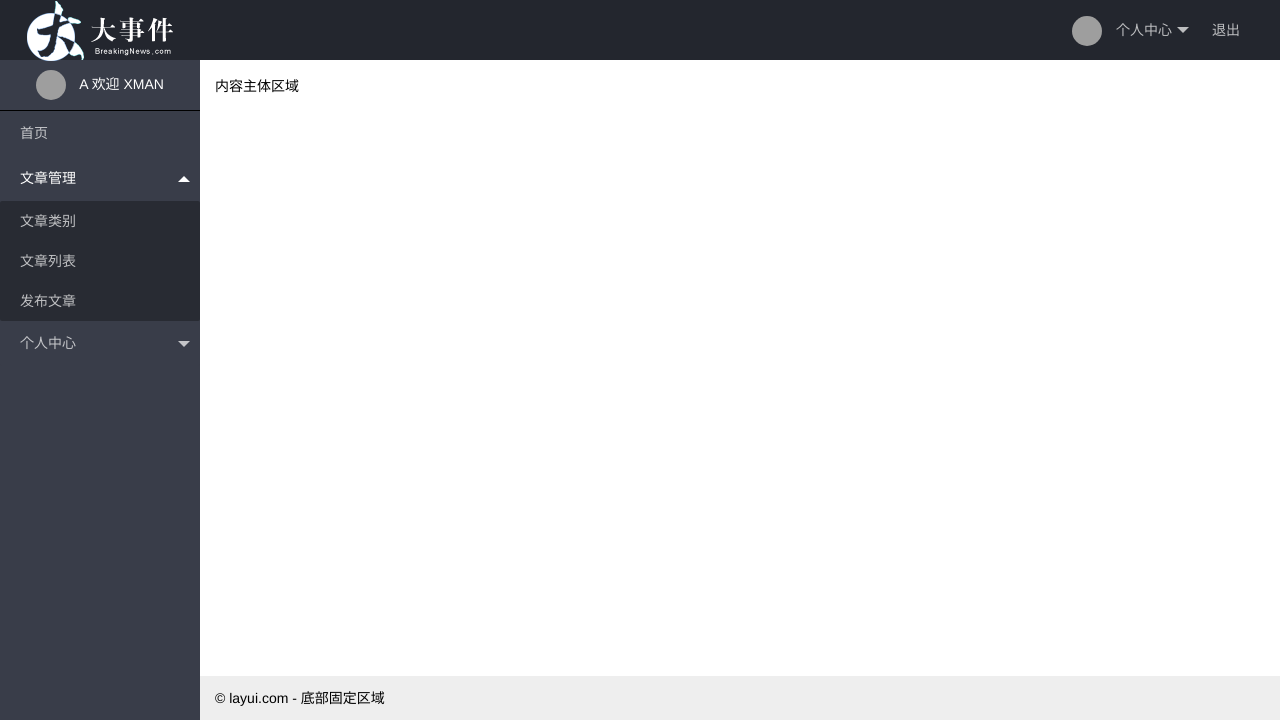
Repository: xxsleep/-
Page: home/index.html
The author's editor kept a copy of each file at every save. The page is drawn from the files as they stood at one save, then again after the next save.
The browser window is 1280 px wide. The pictures show the whole page.
Pictures or frames that could not be fetched are drawn as grey boxes.

Above is the page before, as saved 2020-11-24 20:28:09.

### home/index.html
<!DOCTYPE html>
<html>

<head>
    <meta charset="utf-8">
    <meta name="viewport" content="width=device-width, initial-scale=1, maximum-scale=1">
    <title>75期大事件后台主页</title>
    <link rel="stylesheet" href="/assets/lib/layui/css/layui.css">
    <link rel="stylesheet" href="/assets/css/index.css">
</head>

<body class="layui-layout-body">
    <div class="layui-layout layui-layout-admin">
        <div class="layui-header">
            <div class="layui-logo">
                <img src="/assets/images/logo.png" alt="">
            </div>

            <ul class="layui-nav layui-layout-right">
                <li class="layui-nav-item">
                    <a href="javascript:;">
                        <img src="http://t.cn/RCzsdCq" class="layui-nav-img">
                        个人中心
                    </a>
                    <dl class="layui-nav-child">
                        <dd><a href="">基本资料</a></dd>
                        <dd><a href="">更换头像</a></dd>
                        <dd><a href="">重置密码</a></dd>
                    </dl>
                </li>
                <li class="layui-nav-item"><a href="">退出</a></li>
            </ul>
        </div>

        <div class="layui-side layui-bg-black">
            <div class="layui-side-scroll">
                <div class="userInfo">
                    <img src="http://t.cn/RCzsdCq" class="layui-nav-img">
                    <!-- text-avatar 文字头像 -->
                    <span class="text-avatar">A</span>
                    <span id="welcome">欢迎 XMAN</span>
                </div>
                <!-- 左侧导航区域（可配合layui已有的垂直导航） -->
                <ul class="layui-nav layui-nav-tree" lay-filter="test">
                    <li class="layui-nav-item"><a href="">首页</a></li>

                    <li class="layui-nav-item layui-nav-itemed">
                        <a class="" href="javascript:;">文章管理</a>
                        <dl class="layui-nav-child">
                            <dd><a href="javascript:;">文章类别</a></dd>
                            <dd><a href="javascript:;">文章列表</a></dd>
                            <dd><a href="javascript:;">发布文章</a></dd>
                        </dl>
                    </li>
                    <li class="layui-nav-item">
                        <a href="javascript:;">个人中心</a>
                        <dl class="layui-nav-child">
                            <dd><a href="javascript:;">基本资料</a></dd>
                            <dd><a href="javascript:;">更换头像</a></dd>
                            <dd><a href="">重置密码</a></dd>
                        </dl>
                    </li>

                </ul>
            </div>
        </div>

        <div class="layui-body">
            <!-- 内容主体区域 -->
            <div style="padding: 15px;">内容主体区域</div>
        </div>

        <div class="layui-footer">
            <!-- 底部固定区域 -->
            © layui.com - 底部固定区域
        </div>
    </div>
    <script src="/assets/lib/layui/layui.all.js"></script>
</body>

</html>

### assets/css/index.css
* {
    margin: 0;
    padding: 0;
}

.layui-side .userInfo {
    width: 200px;
    text-align: center;
    padding: 10px 0;
    border-bottom: 1px solid #000;
}

Loaded but not shown: assets/lib/layui/css/layui.css (library); assets/lib/layui/layui.all.js (library); assets/lib/layui/css/modules/laydate/default/laydate.css (library); assets/lib/layui/css/modules/layer/default/layer.css (library); assets/lib/layui/css/modules/code.css (common file)

After the next save:
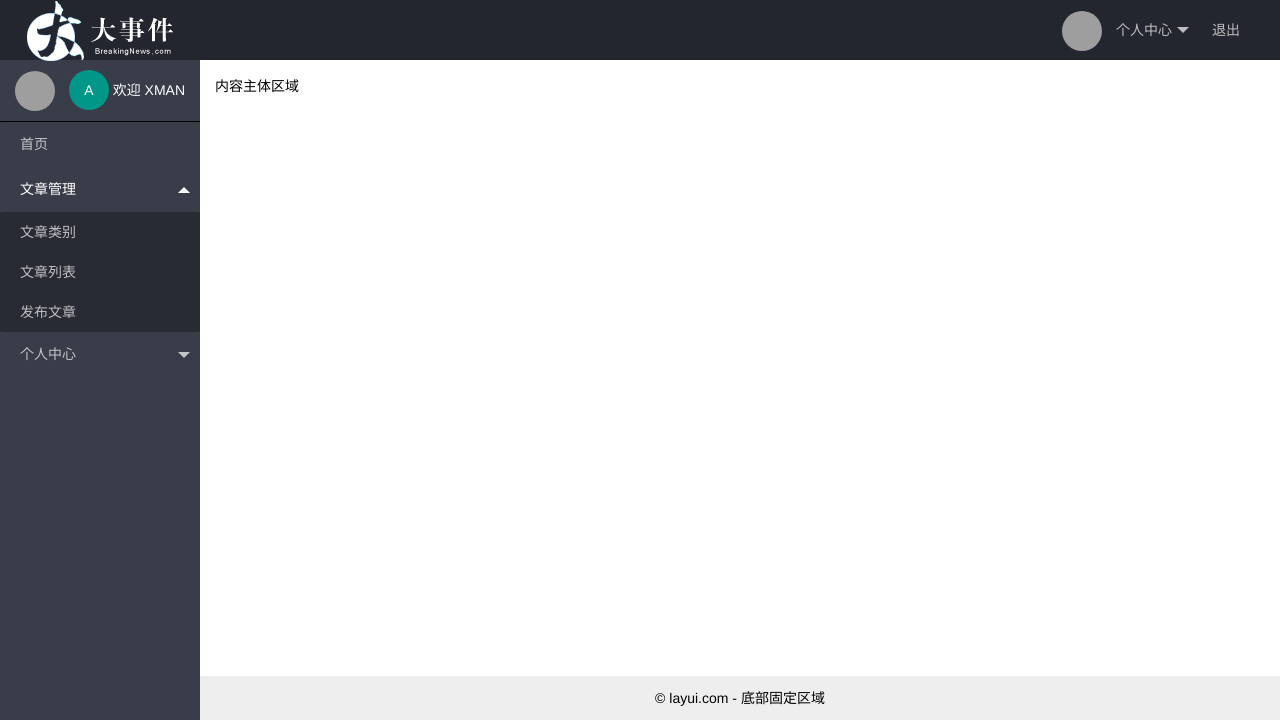
Saved 2 min 2 s later.
--- a/assets/css/index.css
+++ b/assets/css/index.css
@@ -1,6 +1,43 @@
 * {
     margin: 0;
     padding: 0;
+}
+
+.layui-footer {
+    text-align: center;
+}
+
+.iconfont, .layui-icon {
+    margin-right: 8px;
+}
+
+.layui-icon {
+    margin-left: 20px;
+}
+
+iframe {
+    width: 100%;
+    height: 100%;
+    background-color: #f2f3f5;
+}
+
+.layui-body {
+    overflow: hidden;
+}
+
+.text-avatar {
+    display: inline-block;
+    width: 40px;
+    height: 40px;
+    border-radius: 50%;
+    line-height: 40px;
+    text-align: center;
+    background-color: #009688;
+}
+
+.layui-nav-img {
+    width: 40px;
+    height: 40px;
 }
 
 .layui-side .userInfo {
